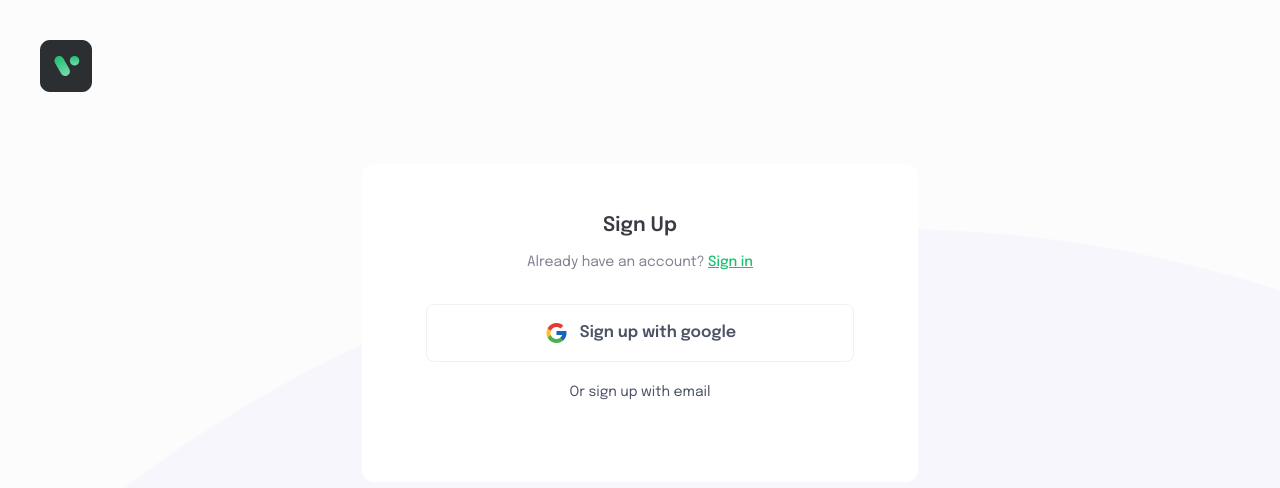
Repository: CarsonDev1/Crowfunding
Page: /sign-up
An editor plug-in stored every save of this project. The page is shown before and after the next save, followed by the edit.
The browser window is 1280 px wide. The pictures show the whole page.
The project was rebuilt for these pictures with package versions that can differ from the ones it lists, and the page was loaded fresh each time. Also part of the build but not shown: src/components/common/ErrorComponent.jsx, src/pages/SignIn.jsx.

Above is the page before, as saved 2023-04-06 23:43:39.

After the next save:
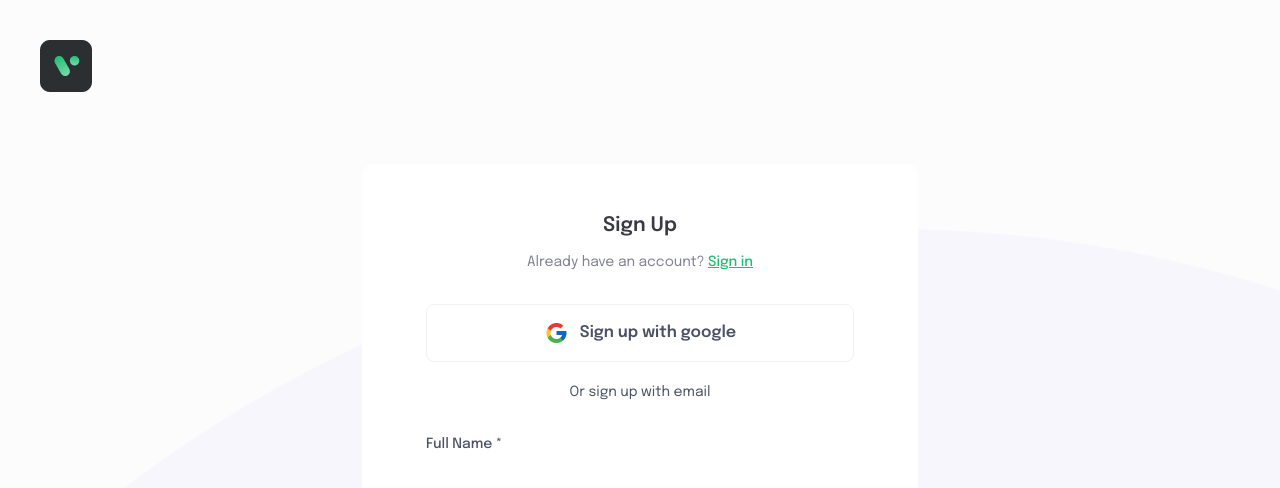
Saved 28 s later.
--- a/src/pages/SignUp.jsx
+++ b/src/pages/SignUp.jsx
@@ -21,7 +21,7 @@ function SignUp() {
 			<p className="mb-4 text-xs font-normal text-center lg:text-sm lg:mb-8 text-text2">Or sign up with email</p>
 			<form>
 				<div className="flex flex-col gap-y-3">
-					<Label />
+					<Label>Full Name *</Label>
 				</div>
 			</form>
 		</LayoutAuthentication>
